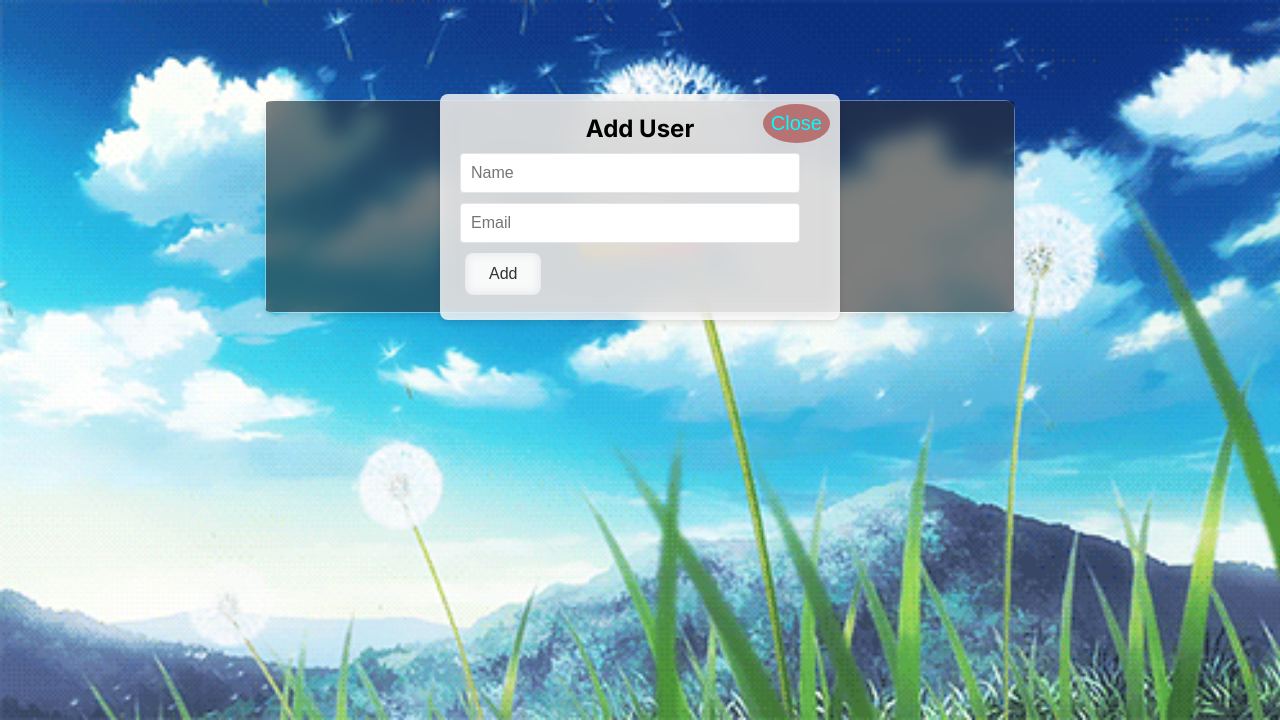
Repository: EeeeeEyyyy/crud-proj
Page: /, after clicking the first element matching `#add-n`
The author's editor kept a copy of each file at every save. The page is drawn from the files as they stood at one save, then again after the next save.
The browser window is 1280 px wide. The pictures show the whole page.
The page's requests for data from a server got no answer. The project was rebuilt for these pictures with package versions that can differ from the ones it lists, and the page was loaded fresh each time. The framework's server and built-in components were replaced by stand-ins that run in the browser. No one was signed in, and anything a server would have sent is missing. Also part of the build but not shown: next.config.mjs.

Above is the page before, as saved 2024-06-25 08:58:42.

After the next save:
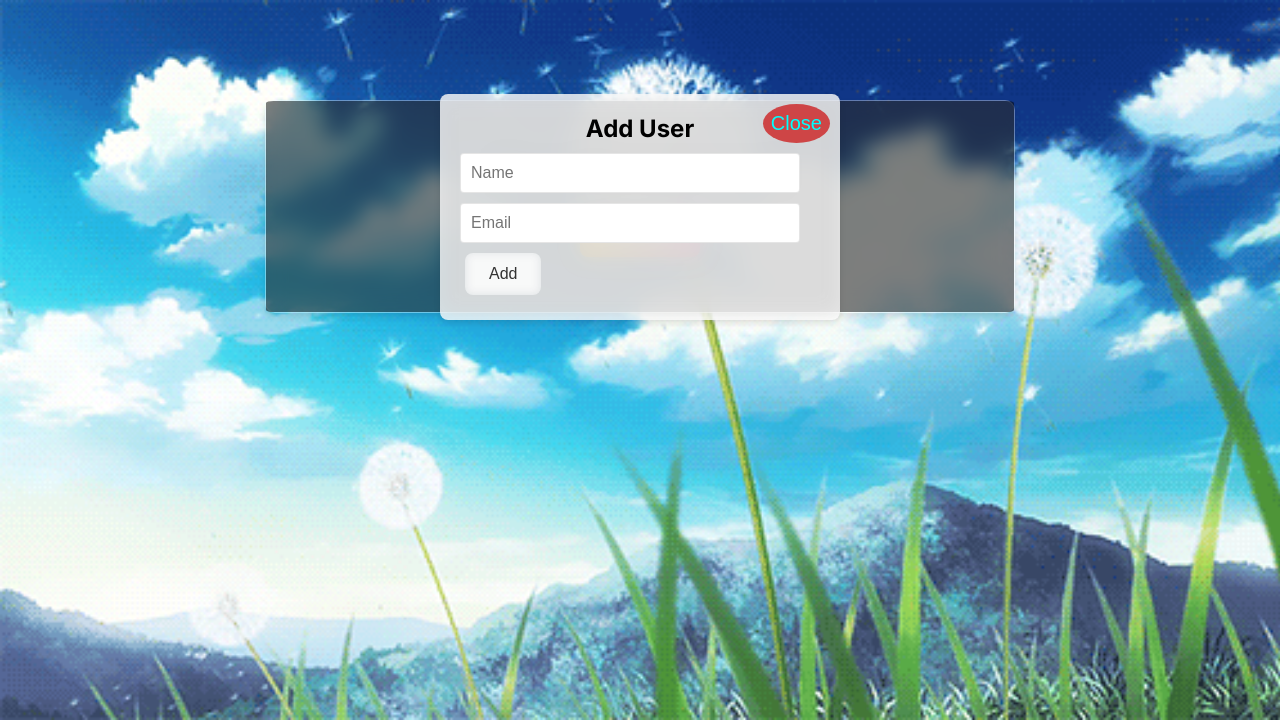
Saved 9 s later.
--- a/src/app/globals.css
+++ b/src/app/globals.css
@@ -407,7 +407,7 @@ h1 {
   position: fixed;
 }
 .closeButton {
-  background: rgba(158, 18, 18, 0.5);
+  background: rgba(205, 12, 12, 0.71);
   padding: 8px;
   border-radius: 50%;
   border: none;
